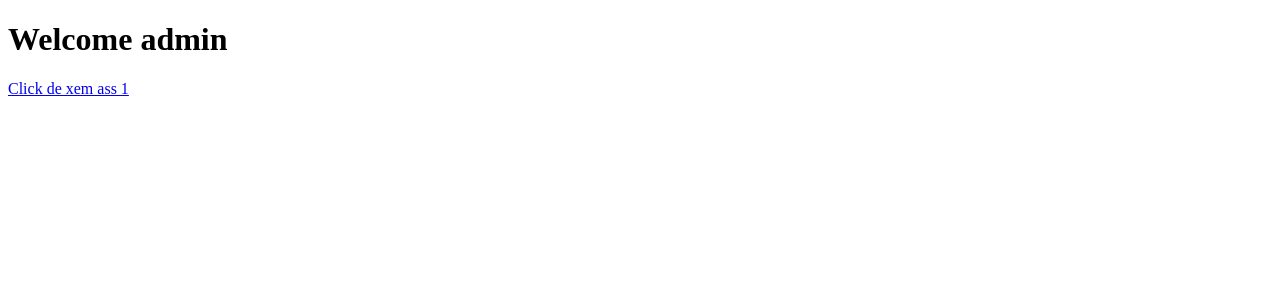
Repository: pffdota04/cuahang
Page: http://localhost/CuaHang/Views/Admin/home.jsp
These files come from the project's save history. The page is drawn as it stood at one moment and after the next save; the edit follows.
The browser window is 1280 px wide. The pictures show the whole page.
The page is served by Tomcat 9. Other server files are loaded and not shown.

Above is the page before, as saved 2020-11-10 10:56:26.

### CuaHang/WebContent/Views/Admin/home.jsp
<%@ page language="java" contentType="text/html; charset=ISO-8859-1"
	pageEncoding="ISO-8859-1"%>
<!DOCTYPE html>
<html>
<head>
<meta charset="ISO-8859-1">
<title>Insert title here</title>
</head>
<body>
	<h1>Welcome admin</h1>

	<table class="left">
		<tr>
			  <a href="${pageContext.request.contextPath}/login" class="link">Click de xem ass 1</a>
		</tr>
	</table>

</body>
</html>

After the next save:
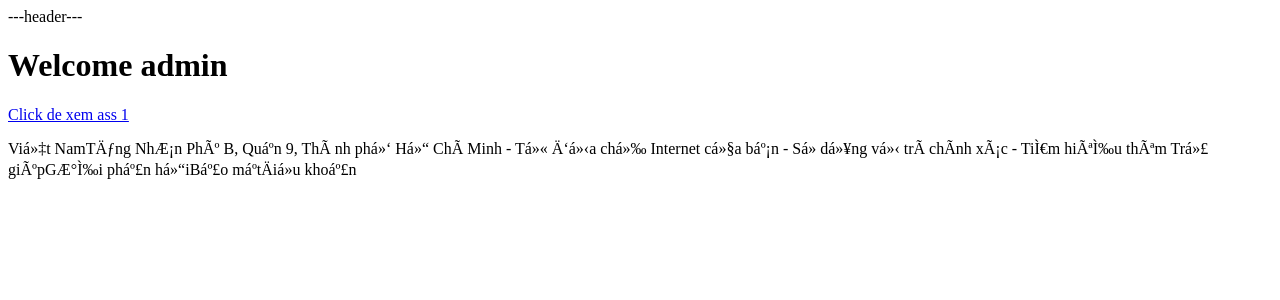
Saved 106 min 11 s later.
--- a/CuaHang/WebContent/Views/Admin/home.jsp
+++ b/CuaHang/WebContent/Views/Admin/home.jsp
@@ -7,13 +7,22 @@
 <title>Insert title here</title>
 </head>
 <body>
-	<h1>Welcome admin</h1>
+	<div class="header">---header---</div>
 
-	<table class="left">
-		<tr>
-			  <a href="${pageContext.request.contextPath}/login" class="link">Click de xem ass 1</a>
-		</tr>
-	</table>
+	<div class="container">
+		<h1>Welcome admin</h1>
+		<table class="left">
+			<tr>
+				<a href="${pageContext.request.contextPath}/login" class="link">Click
+					de xem ass 1</a>
+			</tr>
+		</table>
+	</div>
+
+	<div class="footer">
+	<p> Việt NamTăng Nhơn Phú B, Quận 9, Thành phố Hồ Chí Minh - Từ địa chỉ Internet của bạn - Sử dụng vị trí chính xác - Tìm hiểu thêm
+Trợ giúpGửi phản hồiBảo mậtĐiều khoản </p>
+	</div>
 
 </body>
 </html>
